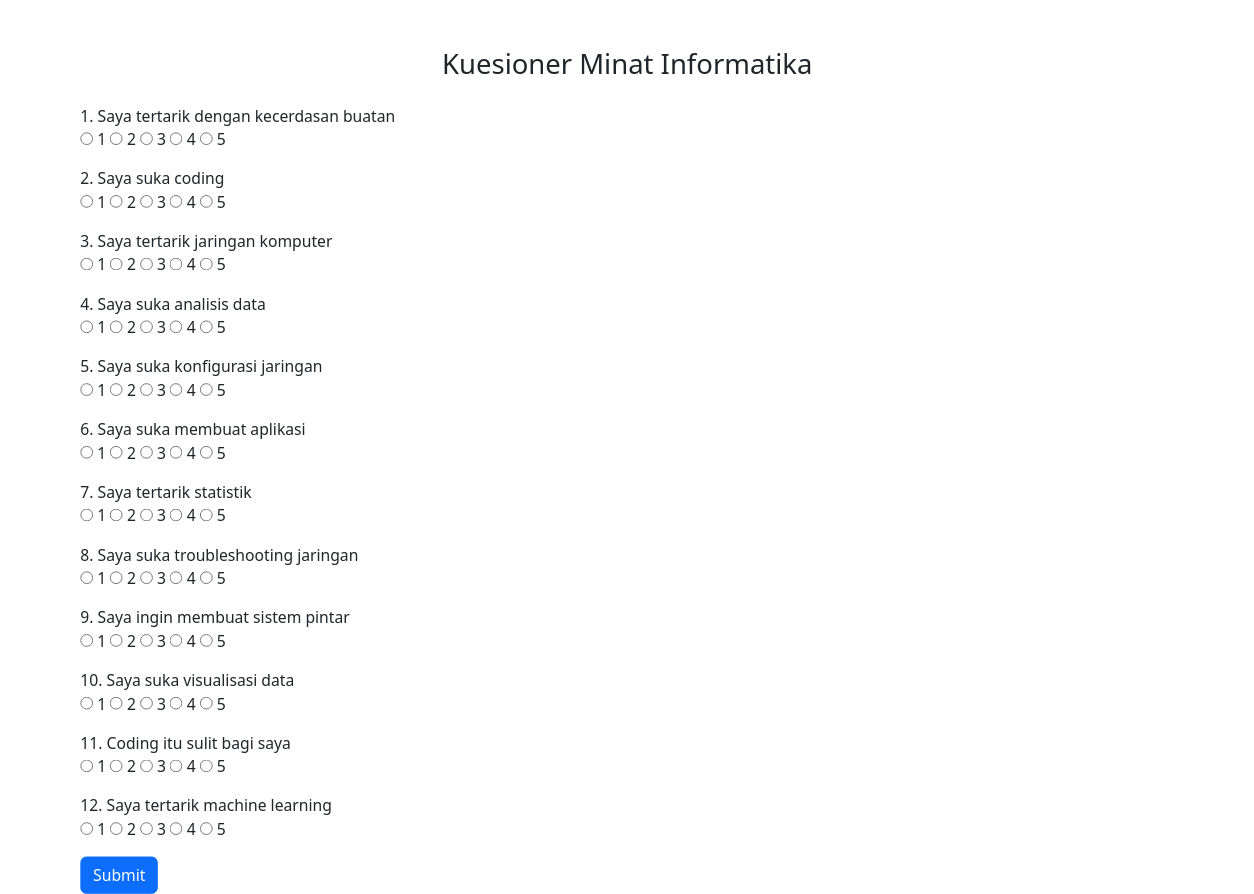
Repository: Senicccc/pathfinderit
Page: http://localhost/questionnaire.php
These files come from the project's save history. The page is drawn as it stood at one moment and after the next save; the edit follows.
The browser window is 1280 px wide. The pictures show the whole page, at 98% of full size.
The page is run by PHP 8.4 with error messages shown; the project is at /var/www/html/.

Above is the page before, as saved 2026-04-09 16:03:05.

### questionnaire.php
<!DOCTYPE html>
<html>

<head>
    <title>Kuesioner - PathFinderIT</title>
    <link href="https://cdn.jsdelivr.net/npm/bootstrap@5.3.0/dist/css/bootstrap.min.css" rel="stylesheet">
</head>

<body>

    <div class="container mt-5">
        <h3 class="text-center mb-4">Kuesioner Minat Informatika</h3>

        <form action="process.php" method="POST">

            <?php
        $questions = [
            "Saya tertarik dengan kecerdasan buatan",
            "Saya suka coding",
            "Saya tertarik jaringan komputer",
            "Saya suka analisis data",
            "Saya suka konfigurasi jaringan",
            "Saya suka membuat aplikasi",
            "Saya tertarik statistik",
            "Saya suka troubleshooting jaringan",
            "Saya ingin membuat sistem pintar",
            "Saya suka visualisasi data",
            "Coding itu sulit bagi saya",
            "Saya tertarik machine learning"
        ];

        for ($i = 1; $i <= 12; $i++) {
        ?>

            <div class="mb-3">
                <label><?= $i . ". " . $questions[$i-1] ?></label><br>

                <?php for ($j = 1; $j <= 5; $j++) { ?>
                <input type="radio" name="q<?= $i ?>" value="<?= $j ?>" required> <?= $j ?>
                <?php } ?>

            </div>

            <?php } ?>

            <button type="submit" class="btn btn-primary">Submit</button>

        </form>
    </div>

</body>

</html>

After the next save:
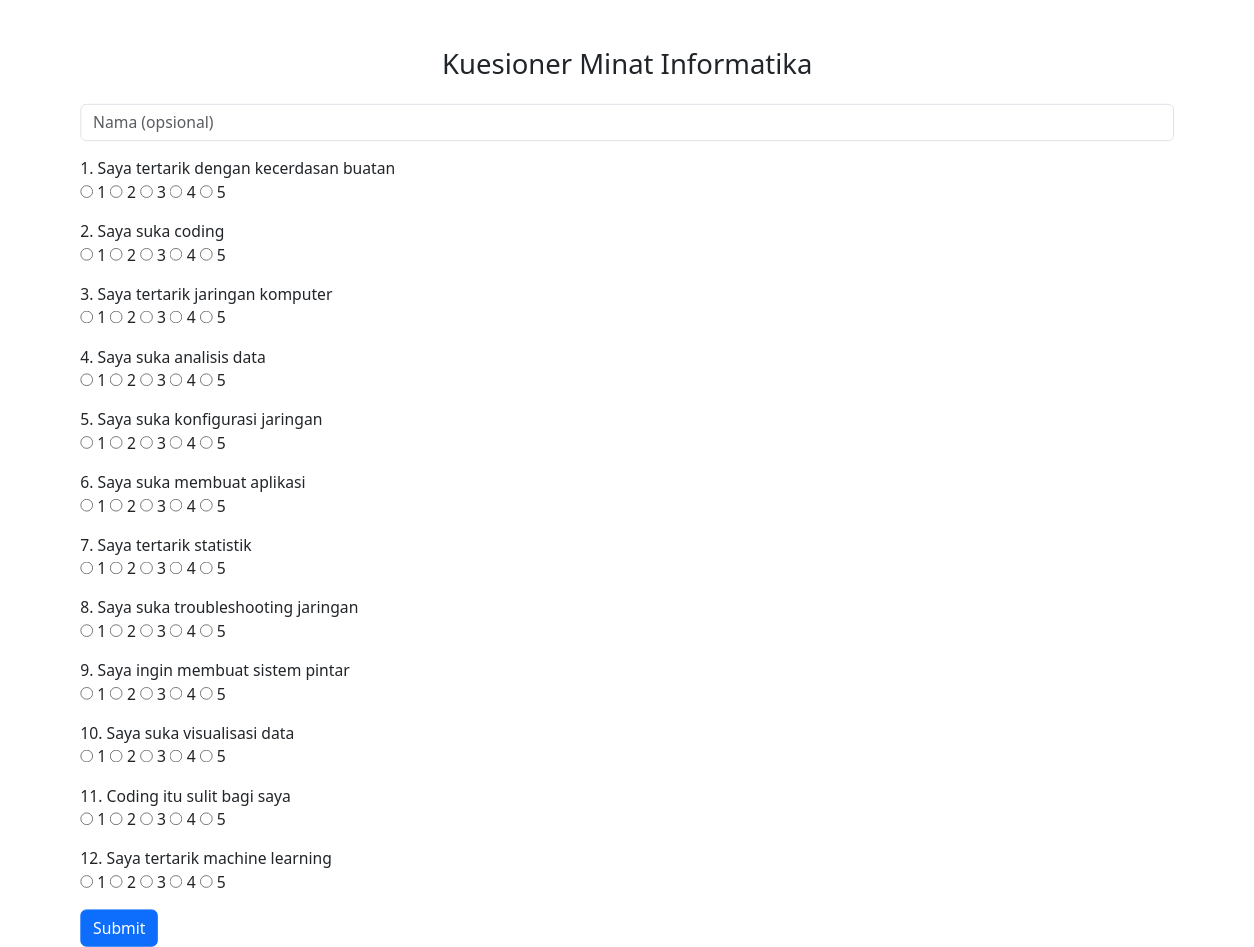
Saved 86 s later.
--- a/questionnaire.php
+++ b/questionnaire.php
@@ -12,6 +12,8 @@
         <h3 class="text-center mb-4">Kuesioner Minat Informatika</h3>
 
         <form action="process.php" method="POST">
+
+            <input type="text" name="name" class="form-control mb-3" placeholder="Nama (opsional)">
 
             <?php
         $questions = [
